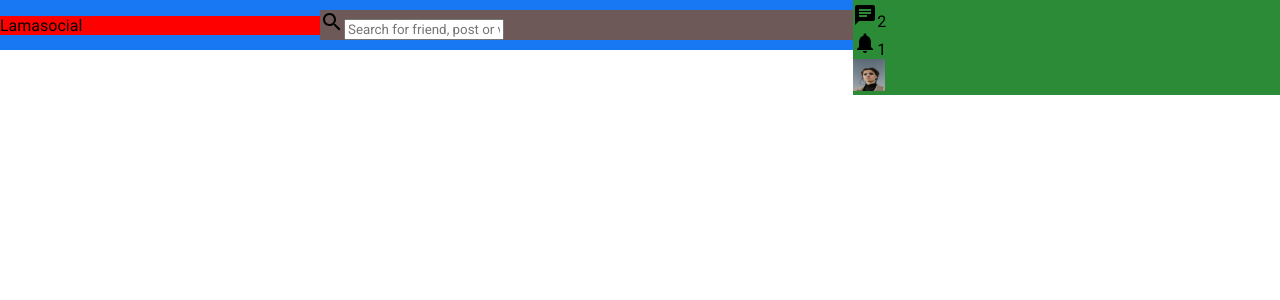
Repository: nazlinres01/react-social
Page: / (app in client/)
The author's editor kept a copy of each file at every save. The page is drawn from the files as they stood at one save, then again after the next save.
The browser window is 1280 px wide. The pictures show the whole page.
The project was rebuilt for these pictures with package versions that can differ from the ones it lists, and the page was loaded fresh each time.

Above is the page before, as saved 2024-06-07 21:34:43.

After the next save:
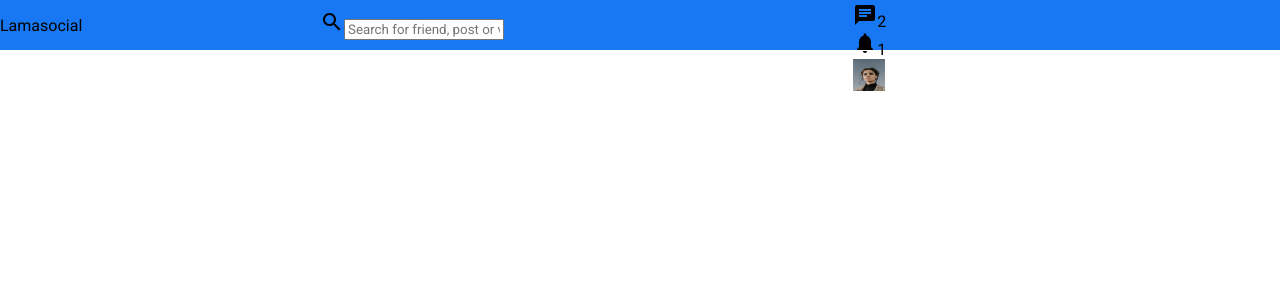
Saved 92 s later.
--- a/client/src/components/topbar/topbar.css
+++ b/client/src/components/topbar/topbar.css
@@ -10,17 +10,14 @@
 
 .topbarLeft {
     flex: 3;
-    background-color: red;
 }
 
 .topbarCenter {
     flex: 5;
-    background-color: rgb(110, 89, 89);
 }
 
 .topbarRight {
     flex: 4;
-    background-color: rgb(43, 139, 55);
 }
 
 .topbarImg{
